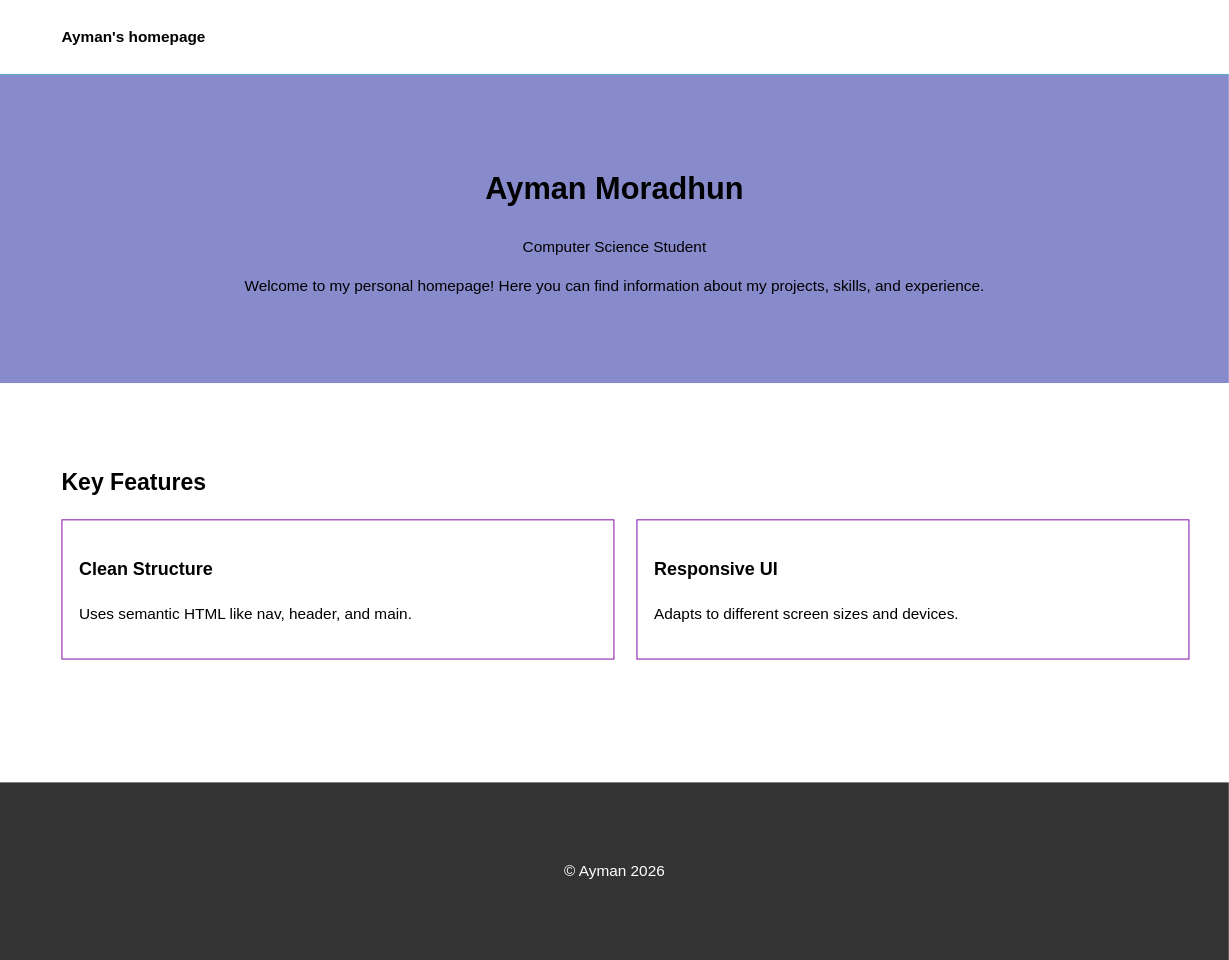
Repository: AymanMoradhun/AymanMoradhun
Page: index.html
These files come from the project's save history. The page is drawn as it stood at one moment and after the next save; the edit follows.
The browser window is 1280 px wide. The pictures show the whole page, at 96% of full size.

Above is the page before, as saved 2026-05-08 15:05:41.

After the next save:
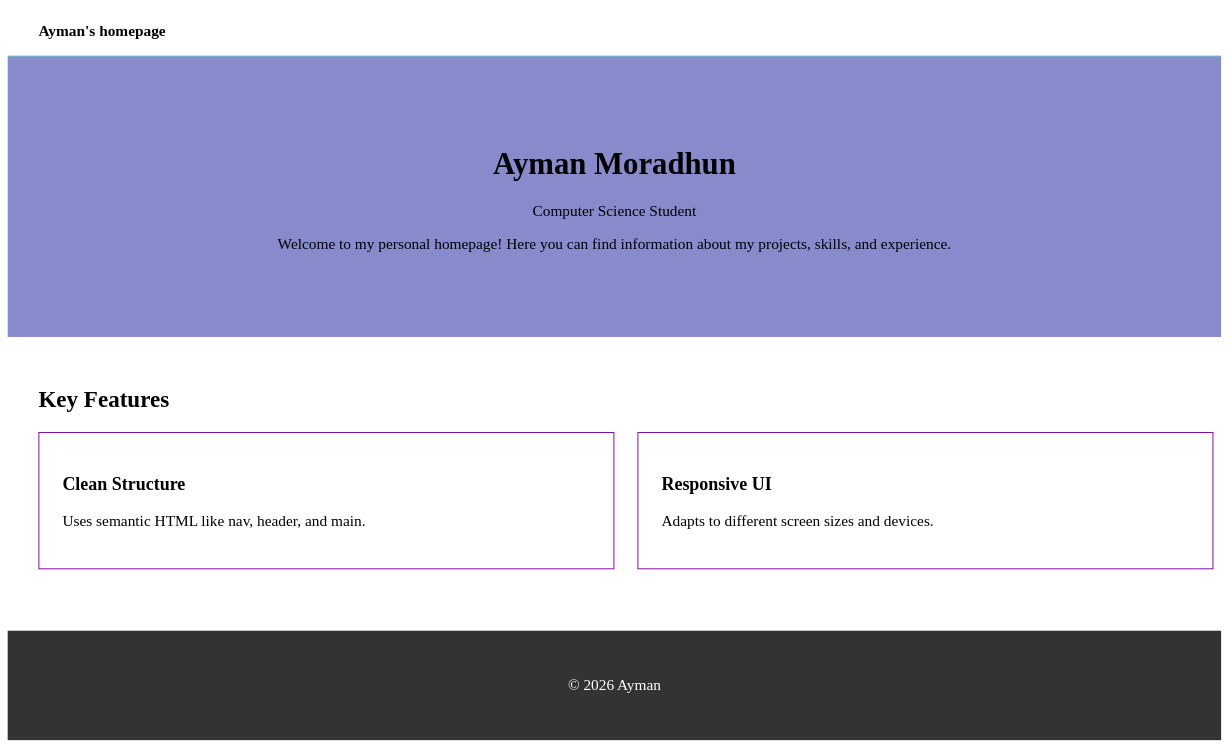
Not found: styles/globals.css
Saved 46 h 32 min later.
--- a/index.html
+++ b/index.html
@@ -1,16 +1,18 @@
-<!doctype html>
+<!DOCTYPE html>
 <html lang="en">
   <head>
     <meta charset="UTF-8" />
     <meta name="viewport" content="width=device-width, initial-scale=1.0" />
     <title>Ayman | Home</title>
 
-    <!-- Link to external CSS -->
-    <link rel="stylesheet" href="styles/index.css" />
+    <link rel="stylesheet" href="./styles/globals.css" />
+    <link rel="stylesheet" href="./styles/index.css" />
   </head>
   <body>
     <nav>
-      <div><strong>Ayman's homepage</strong></div>
+      <a href="/" style="text-decoration: none; color: inherit;">
+        <strong>Ayman's homepage</strong>
+      </a>
     </nav>
 
     <header>
@@ -25,21 +27,23 @@
     <main class="container">
       <h2>Key Features</h2>
 
-      <div class="grid">
-        <div class="card">
+      <section class="grid">
+
+        <article class="card">
           <h3>Clean Structure</h3>
           <p>Uses semantic HTML like nav, header, and main.</p>
-        </div>
+        </article>
 
-        <div class="card">
+        <article class="card">
           <h3>Responsive UI</h3>
           <p>Adapts to different screen sizes and devices.</p>
-        </div>
-      </div>
+        </article>
+
+      </section>
     </main>
 
     <footer>
-      <p>&copy; Ayman 2026</p>
+      <p>&copy; 2026 Ayman</p>
     </footer>
   </body>
 </html>
--- a/styles/index.css
+++ b/styles/index.css
@@ -1,21 +1,15 @@
-body {
-  font-family: Arial, sans-serif;
-  margin: 0;
-  line-height: 1.6;
-}
-
 nav {
   background: #ffffff;
-  padding: 2% 5%;
+  padding: 1rem 2rem;
   display: flex;
   justify-content: space-between;
-  border-bottom: 0.1rem solid #50aebb;
+  border-bottom: 1px solid #50aebb;
 }
 
 .nav-links {
   list-style: none;
   display: flex;
-  gap: 3%;
+  gap: 1.5rem;
 }
 
 .nav-links a {
@@ -25,29 +19,29 @@ nav {
 
 header {
   background: #3d44ad9d;
-  padding: 10vh 5%;
+  padding: 10vh 2rem;
   text-align: center;
 }
 
 .container {
-  padding: 5%;
+  padding: 2rem;
 }
 
 .grid {
   display: grid;
   grid-template-columns: 50% 50%;
-  gap: 2%;
+  gap: 1.5rem;
 }
 
 .card {
-  border: 0.1rem solid #8005a5;
-  padding: 3%;
+  border: 1px solid #8005a5;
+  padding: 1.5rem;
 }
 
 footer {
   text-align: center;
-  padding: 5%;
+  padding: 2rem;
   background: #333;
   color: white;
-  margin-top: 5%;
+  margin-top: 2rem;
 }
